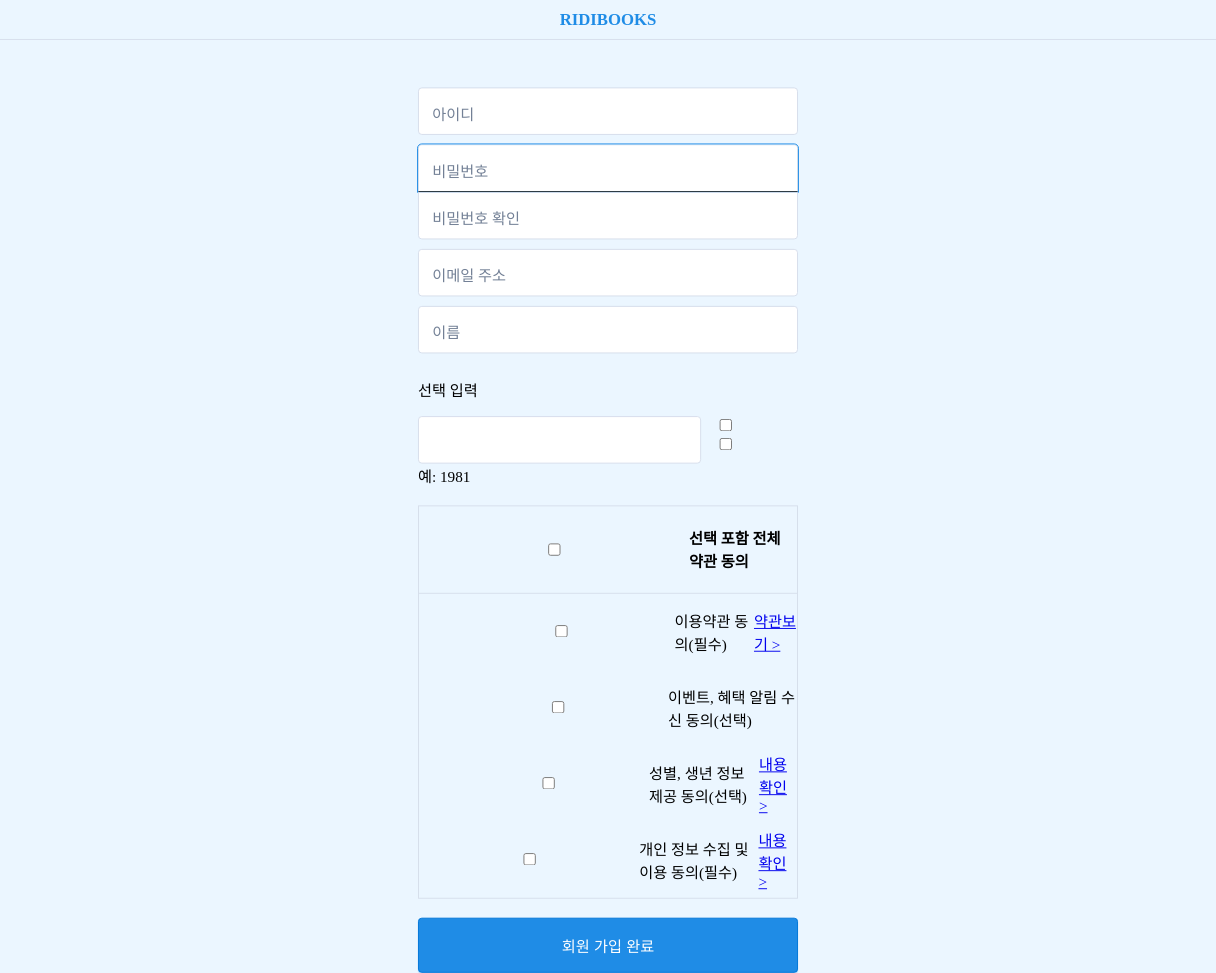
Repository: mega-teamproject/teamproject1
Page: html/join2.html
An editor plug-in stored every save of this project. The page is shown before and after the next save, followed by the edit.
The browser window is 1280 px wide. The pictures show the whole page, at 95% of full size.
The first visible `form input#pwd` has the focus.

Above is the page before, as saved 2021-12-29 23:48:37.

### html/join2.html
<!DOCTYPE html>
<html lang="ko">
  <head>
    <meta charset="UTF-8" />
    <meta http-equiv="X-UA-Compatible" content="IE=edge" />
    <meta name="viewport" content="width=device-width, initial-scale=1.0" />
    <title>insert page title</title>
    <link rel="stylesheet" href="../css/join2.css" />
    <link
      rel="stylesheet"
      href="https://use.fontawesome.com/releases/v5.15.4/css/all.css"
      integrity="sha384-DyZ88mC6Up2uqS4h/KRgHuoeGwBcD4Ng9SiP4dIRy0EXTlnuz47vAwmeGwVChigm"
      crossorigin="anonymous"
    />
  </head>
  <body>
    <div class="container">
      <header>
        <h3>
          <a href="index.html">RIDIBOOKS</a>
        </h3>
      </header>
      <form action="">
        <div class="relative">
          <input type="text" class="mt-b" />
          <span class="placeholder">아이디</span>
          <span class="focus">5~20자 영문,숫자 입력</span>
          <p class="alert">
            <i class="fas fa-exclamation-circle"></i>
            아이디를 입력해주세요.
          </p>
        </div>
        <div class="relative">
          <input type="password" name="pwd" id="pwd" />
          <span class="placeholder">비밀번호</span>
          <span class="focus"
            >8자 이상, 영문/숫자/특수문자 중 2가지 이상 입력</span
          >
        </div>
        <div class="relative">
          <input type="password" name="pwdCheck" id="pwdCheck" class="mt-b" />
          <span class="placeholder">비밀번호 확인</span>
          <span class="focus">비밀번호 재입력</span>
          <p class="alert">
            <i class="fas fa-exclamation-circle"></i>
            비밀번호를 입력해주세요.
          </p>
        </div>
        <div class="relative">
          <input type="email" name="mail" id="mail" class="mt-b" />
          <span class="placeholder">이메일 주소</span>
          <span class="focus">이메일 주소 입력</span>
          <p class="alert">
            <i class="fas fa-exclamation-circle"></i>
            이메일을 입력해주세요.
          </p>
        </div>
        <div class="relative">
          <input type="text" name="name" id="name" class="mt-b" />
          <span class="placeholder">이름</span>
          <span class="focus">이름 입력</span>
          <p class="alert">
            <i class="fas fa-exclamation-circle"></i>
            이름을 입력해주세요.
          </p>
        </div>
        <div class="mt-b">
          <p id="label">선택 입력</p>
          <div class="birth-gender">
            <div class="birth">
              <input type="text" />
              <span class="focus">예: 1981</span>
            </div>
            <div class="gender">
              <label for="gender">
                <input type="checkbox" name="gender" value="남" />
                <!-- <span>남</span> -->
              </label>
              <label for="gender">
                <input type="checkbox" name="gender" value="여" />
                <!-- <span>여</span> -->
              </label>
            </div>
          </div>
        </div>
        <div class="terms">
          <div class="allAgree agree">
            <input type="checkbox" name="all" id="all" />
            <h4>선택 포함 전체 약관 동의</h4>
          </div>
          <div class="termAgree agree m-l space">
            <input type="checkbox" name="term" id="term" />
            <p>이용약관 동의(필수)</p>
            <a href="#">약관보기 ></a>
          </div>
          <div class="alarmAgree agree m-l">
            <input type="checkbox" name="alarm" id="alarm" />
            <p>이벤트, 혜택 알림 수신 동의(선택)</p>
          </div>
          <div class="infoAgree agree m-l space">
            <input type="checkbox" name="info" id="info" />
            <p>성별, 생년 정보 제공 동의(선택)</p>
            <a href="#">내용확인 ></a>
          </div>
          <div class="personalAgree agree space">
            <input type="checkbox" name="personalInfo" id="personalInfo" />
            <p>개인 정보 수집 및 이용 동의(필수)</p>
            <a href="#">내용확인 ></a>
          </div>
        </div>
        <div class="complete">
          <button
            class="submit-login"
            type="button"
            onclick="location.href='join2.html'"
          >
            회원 가입 완료
          </button>
        </div>
      </form>
    </div>
  </body>
</html>

### css/join2.css
* {
  /* input hover border 색 #9ea7ad */
  /* input border #D6DEEB */
  /* input내 span color #303538 */
  /* focus border #1F8CE6 */
  /* alert border rgb(250, 186, 179) */
  /* alert color rgb(230, 73, 56) */
  /* focus color rgb(31, 140, 230) */
  box-sizing: border-box;
}

body {
  margin: 0;
  background-color: #ebf6ff;
}

header {
  margin-bottom: 50px;
}

h3 {
  border-bottom: 1px solid #d6deeb;
  text-align: center;
  margin: 0;
  padding: 10px 0;
  font-size: 1.1rem;
  font-weight: bolder;
}

h3 a {
  text-decoration: none;
  color: #1f8ce6;
  font-weight: bold;
}
form {
  display: flex;
  flex-flow: column;
  width: 400px;
  margin: 0 auto;
}

form input {
  width: 100%;
  padding: 15px;
  border: 1px solid #d6deeb;
  border-radius: 4px;
  font-size: 1em;
}

form input:hover {
  border: 1px solid #9ea7ad;
}

form input:focus {
  outline: 1px solid #1f8ce6;
}

form .relative {
  position: relative;
}

form .relative span.placeholder {
  position: absolute;
  top: 15px;
  left: 15px;
  color: #738096;
}

form .relative span.focus {
  position: absolute;
  top: 5px;
  left: 10px;
  font-size: 5px;
  color: rgb(31, 140, 230);
  display: none;
}

form .relative p.alert {
  display: none;
  color: rgb(230, 73, 56);
}

input.mt-b {
  margin-bottom: 10px;
}

input#pwd {
  border-bottom: none;
  border-radius: 4px 4px 0 0;
}

form input#pwd:focus {
  outline: 1px solid #1f8ce6;
  border-bottom: 1px solid;
}

input#pwdCheck {
  border-radius: 0 0 4px 4px;
}

.birth-gender {
  display: flex;
}

.terms {
  border: 1px solid #d6deeb;
  margin-top: 20px;
  display: flex;
  flex-flow: column;
}
.allAgree {
  border-bottom: 1px solid #d6deeb;
}

.terms .agree {
  display: flex;
  align-items: center;
}

.terms .m-l {
  margin-left: 30px;
}

button.submit-login {
  width: 100%;
  padding: 16px 14px;
  margin: 20px 0;
  margin-bottom: 0;
  cursor: pointer;
  background-color: #1f8ce6;
  border: 1px solid #0077d9;
  border-radius: 4px;
  color: white;
  font-size: 1rem;
  font-weight: 570;
  box-shadow: 0 1px 1px 0 rgb(31 140 230 / 30%);
}

After the next save:
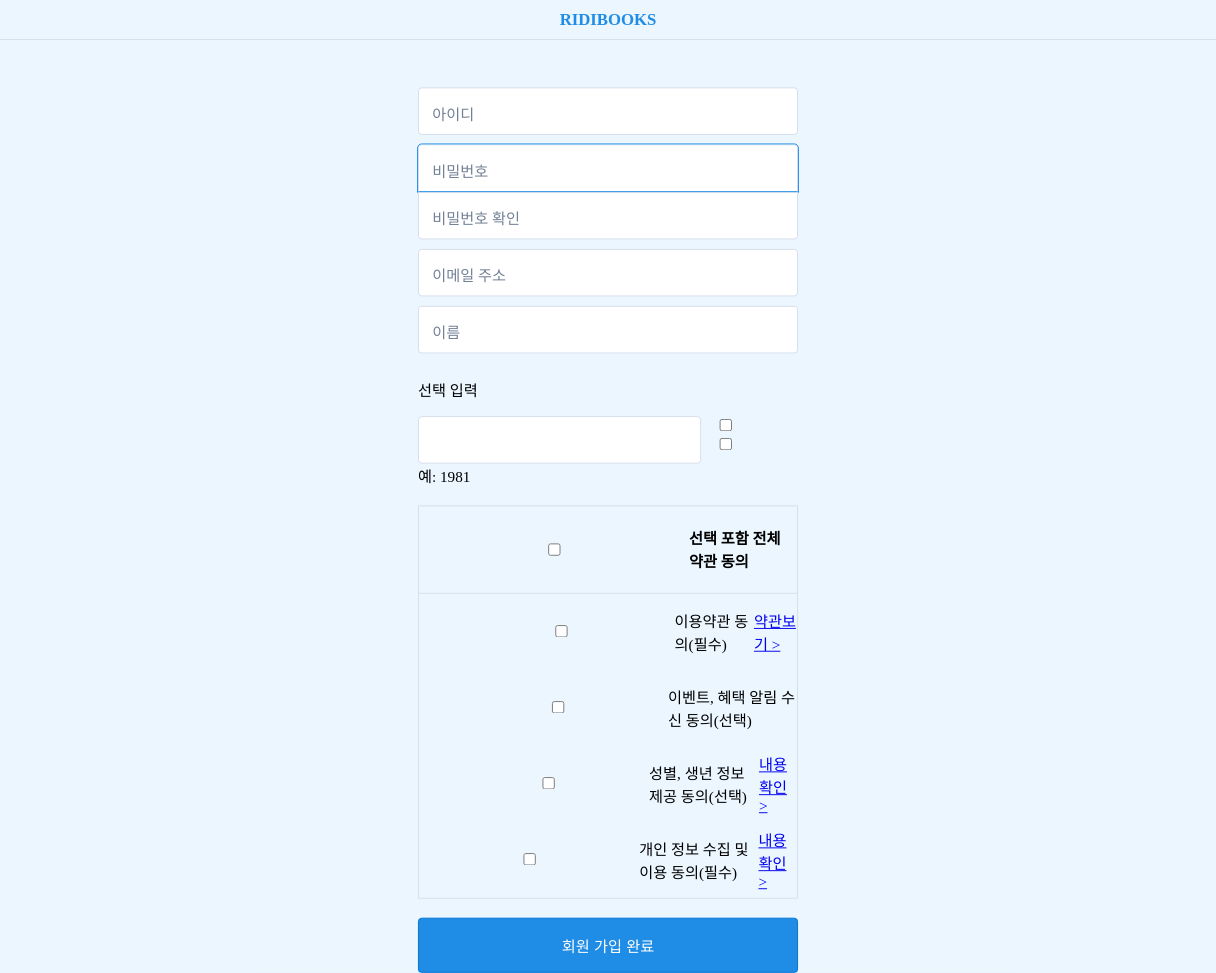
Saved 7 s later.
--- a/css/join2.css
+++ b/css/join2.css
@@ -91,7 +91,7 @@
 
 form input#pwd:focus {
   outline: 1px solid #1f8ce6;
-  border-bottom: 1px solid;
+  border-bottom: 1px solid #1f8ce6;
 }
 
 input#pwdCheck {
